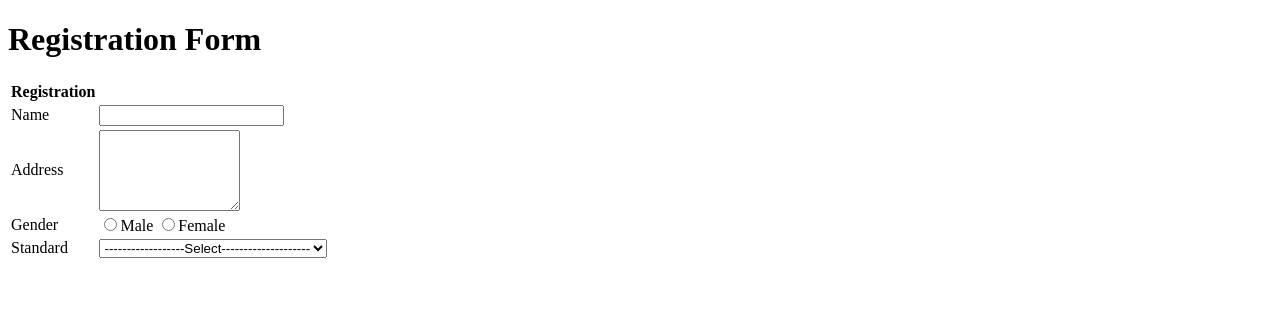
Repository: nsbgit/JavaTutorial
Page: http://localhost/2ndBatch/
An editor plug-in stored every save of this project. The page is shown before and after the next save, followed by the edit.
The browser window is 1280 px wide. The pictures show the whole page.
The page is served by Tomcat 9.

Above is the page before, as saved 2013-12-17 19:43:34.

### Webel Daily Home/J2EE Webel Tutorial Class/2ndBatch/WebContent/1st.jsp
<%@ page language="java" contentType="text/html; charset=ISO-8859-1"
    pageEncoding="ISO-8859-1"%>
<!DOCTYPE html PUBLIC "-//W3C//DTD HTML 4.01 Transitional//EN" "http://www.w3.org/TR/html4/loose.dtd">
<html>
<head>
<meta http-equiv="Content-Type" content="text/html; charset=ISO-8859-1">
<title>Webel Tutorial</title>
</head>
<body>
	<form action="#" method="post">
	<%--
	We have to draw or make a table inside form tag because this tag is required to pass the value into SERVLET
	 --%>
		<table>
		<%--
		Table is created into a row and column manner
		 --%>
			<h1 >Registration Form</h1> <%-- This is for heading of the page --%>

			<tr>
			<%--
			This tag is used for creation of a new row
			 --%>
				<th>Registration</th> <%-- This tag is used for table header --%>
			</tr>

			<tr>
				<td>Name</td> <%-- This tag is for the new column for a particular row --%>
				<td>
					<input type="text">
				</td>
			</tr>

			<tr>
				<td>Address</td>
				<td>
					<textarea rows="5" cols="15"></textarea>
				</td>
			</tr>


			<tr>
				<td>Gender</td>
				<td>
					<input type="radio">Male
					<input type="radio">Female
				</td>
			</tr>

			<tr>
				<td>Standard</td>
				<td>
					<select>
						<option>------------------Select--------------------</option>
						<option>Standard 1</option>
						<option>Standard 2</option>
						<option>Standard 3</option>
						<option>Standard 4</option>
					</select>
				</td>
			</tr>



		</table>
	</form>
</body>
</html>

After the next save:
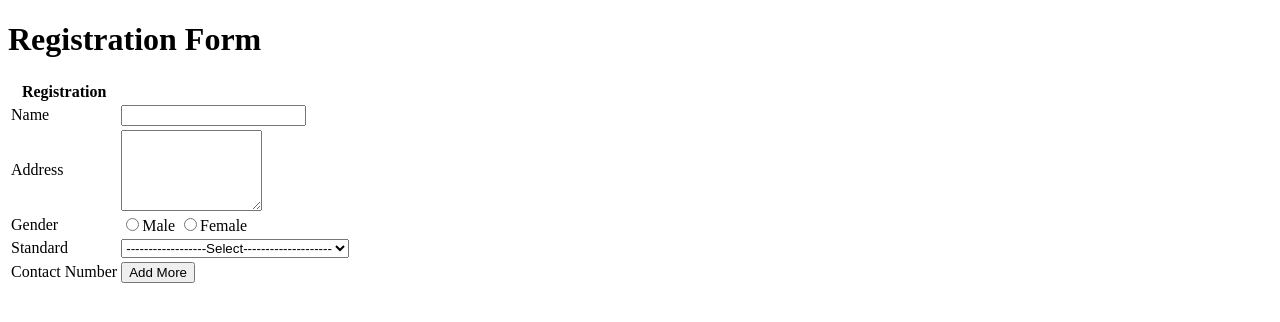
Saved 11 min 25 s later.
--- a/Webel Daily Home/J2EE Webel Tutorial Class/2ndBatch/WebContent/1st.jsp
+++ b/Webel Daily Home/J2EE Webel Tutorial Class/2ndBatch/WebContent/1st.jsp
@@ -51,12 +51,25 @@
 				<td>Standard</td>
 				<td>
 					<select>
+					<%--
+					This tag is used for creation of drop down list but the option will be not created through it.
+					 --%>
 						<option>------------------Select--------------------</option>
+						<%--
+						Options will be created by this tag
+						 --%>
 						<option>Standard 1</option>
 						<option>Standard 2</option>
 						<option>Standard 3</option>
 						<option>Standard 4</option>
 					</select>
+				</td>
+			</tr>
+
+			<tr>
+				<td>Contact Number</td>
+				<td>
+					<input type="button" value="Add More">
 				</td>
 			</tr>
 
